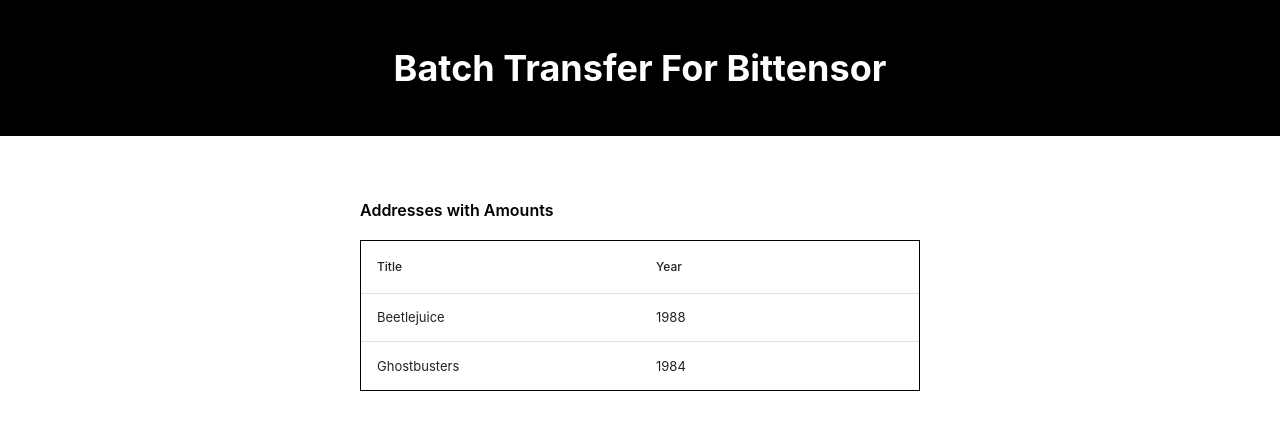
Repository: Dawid-Ace/batch_transfer_tao_master_ui
Page: /
The author's editor kept a copy of each file at every save. The page is drawn from the files as they stood at one save, then again after the next save.
The browser window is 1280 px wide. The pictures show the whole page.
The project was rebuilt for these pictures with package versions that can differ from the ones it lists, and the page was loaded fresh each time.

Above is the page before, as saved 2023-05-10 03:29:38.

After the next save:
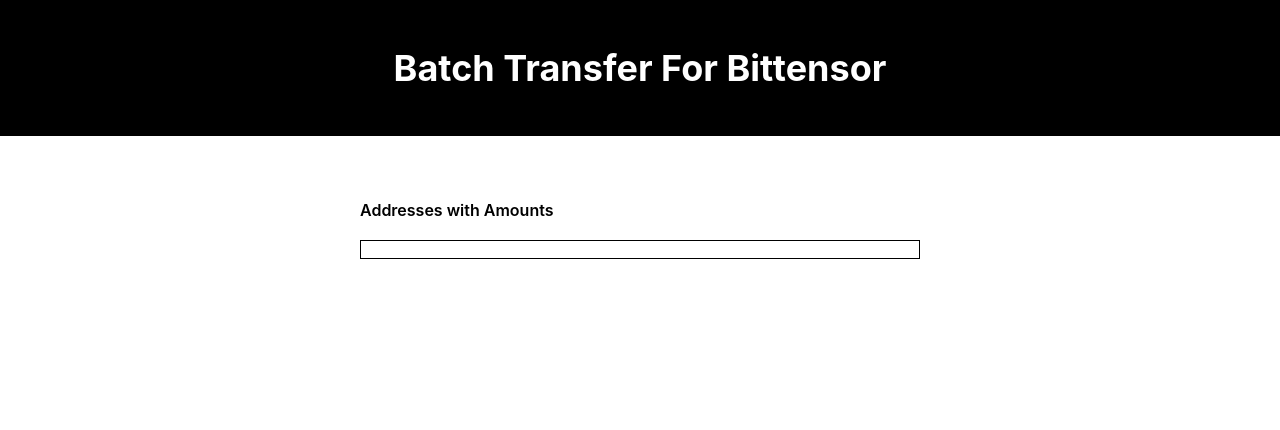
Saved 91 s later.
--- a/src/components/TransferForm/index.jsx
+++ b/src/components/TransferForm/index.jsx
@@ -96,17 +96,18 @@
 
   `;
 
+  const FormInput = styled.input`
+    border: solid 1px
+  `
+
   return (
     <FormWrapper>
       <FormLabel>
         Addresses with Amounts
       </FormLabel>
-      <div style={{ border: 'solid 1px black' }}>
-        <DataTable
-          columns={columns}
-          data={data}
-        />
-      </div>
+
+      <FormInput type="text" />
+
     </FormWrapper>
   )
 }
